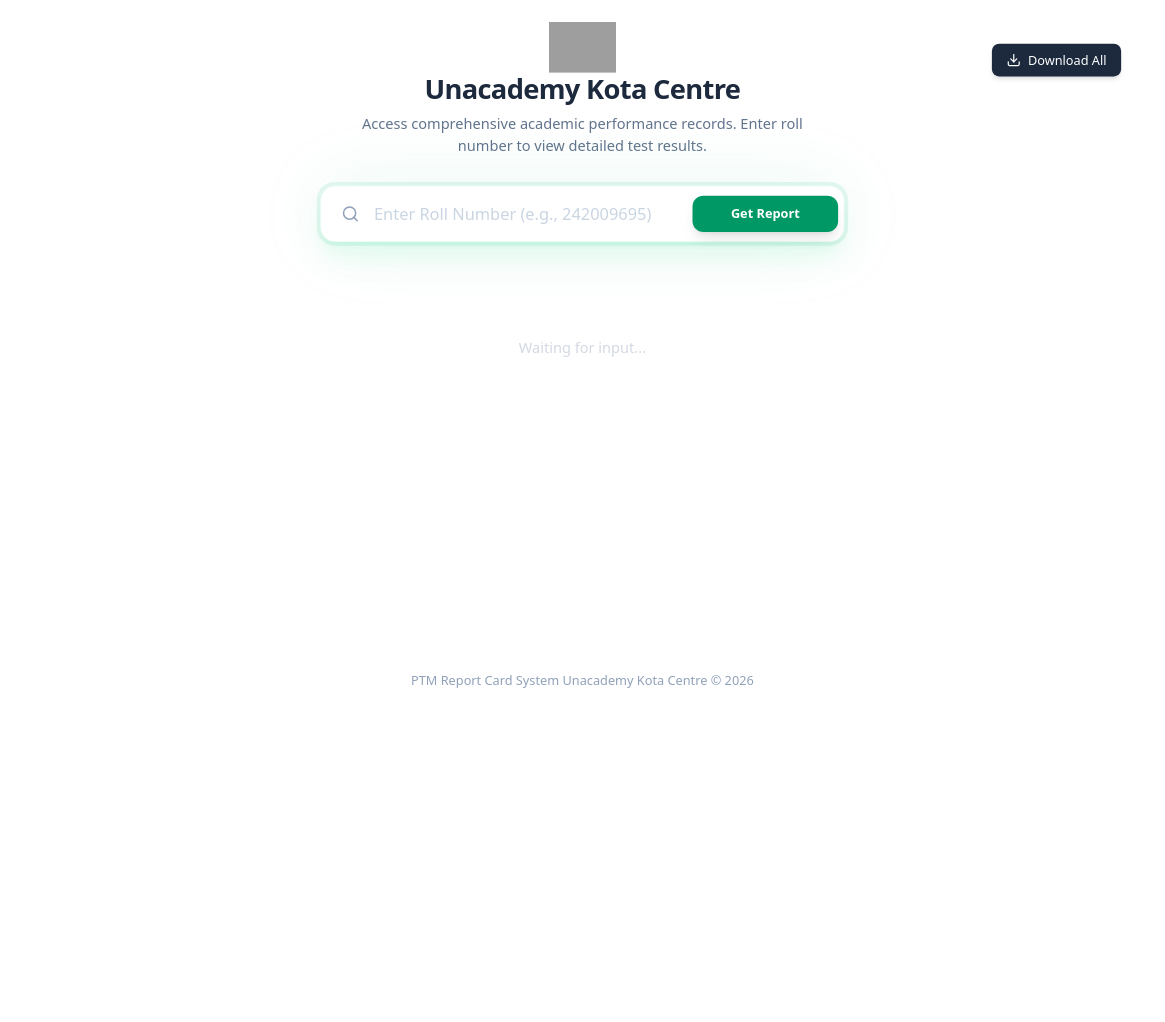
Repository: Abhishekverma657/PTM_report-card
Page: /
These files come from the project's save history. The page is drawn as it stood at one moment and after the next save; the edit follows.
The browser window is 1280 px wide. The pictures show the whole page, at 91% of full size.
Pictures or frames that could not be fetched are drawn as grey boxes. The page's requests for data from a server got no answer. The project was rebuilt for these pictures with package versions that can differ from the ones it lists, and the page was loaded fresh each time. No one was signed in, and anything a server would have sent is missing. Also part of the build but not shown: vite.config.js, src/components/PerformanceChart.jsx, src/components/ReportCard.jsx. Imported but missing from the stored project, and not drawn on this page: src/assets/result.xlsx.

Above is the page before, as saved 2026-01-25 12:36:21.

### index.html
<!doctype html>
<html lang="en">
  <head>
    <meta charset="UTF-8" />
    <link rel="icon" type="image/svg+xml" href="/vite.svg" />
    <meta name="viewport" content="width=device-width, initial-scale=1.0" />
    <title>PTM Report Card</title>
    <meta name="description" content="PTM Report Card Application" />
  </head>
  <body>
    <div id="root"></div>
    <script type="module" src="/src/main.jsx"></script>
  </body>
</html>

### src/App.jsx
import { useState, useEffect } from 'react'
import { Search, Loader2, Download } from 'lucide-react'
import resultXlsx from './assets/result.xlsx?url'
import logo from './assets/logo.png'
import { fetchAndParseResults, transformStudentData } from './utils/excelParser'
import ReportCard from './components/ReportCard'
import JSZip from 'jszip'
import html2canvas from 'html2canvas'
import jsPDF from 'jspdf'
import { saveAs } from 'file-saver'

function App() {
  const [loading, setLoading] = useState(true);
  const [allData, setAllData] = useState([]);
  const [searchRoll, setSearchRoll] = useState('');
  const [studentData, setStudentData] = useState(null);
  const [error, setError] = useState(null);
  const [bulkProgress, setBulkProgress] = useState({ active: false, current: 0, total: 0, status: '' });
  const [bulkStudentData, setBulkStudentData] = useState(null);

  useEffect(() => {
    async function loadData() {
      try {
        const data = await fetchAndParseResults(resultXlsx);
        setAllData(data);
      } catch (e) {
        setError("Failed to load result data.");
        console.error(e);
      } finally {
        setLoading(false);
      }
    }
    loadData();
  }, []);

  const wait = (ms) => new Promise(resolve => setTimeout(resolve, ms));

  const handleBulkDownload = async () => {
    if (loading || !allData.length) return;

    // Get unique roll numbers
    const uniqueRolls = [...new Set(allData.map(r => r['Roll No.']))];

    setBulkProgress({ active: true, current: 0, total: uniqueRolls.length, status: 'Initializing bulk export...' });

    const zip = new JSZip();
    const folder = zip.folder("Student_Reports");

    try {
      for (let i = 0; i < uniqueRolls.length; i++) {
        const roll = uniqueRolls[i];

        // Update status
        setBulkProgress({
          active: true,
          current: i + 1,
          total: uniqueRolls.length,
          status: `Processing Roll: ${roll} (${i + 1}/${uniqueRolls.length})`
        });

        // Prepare Data
        const rows = allData.filter(r => r['Roll No.'] == roll);
        const transformed = transformStudentData(rows);

        if (transformed) {
          setBulkStudentData(transformed);
          // Wait for React to render and Charts to stabilize
          await wait(500);

          const element = document.getElementById('bulk-print-container');
          if (element) {
            const canvas = await html2canvas(element, {
              scale: 2,
              useCORS: true,
              logging: false,
              windowWidth: 794, // A4 width in px at 96dpi (210mm) is approx 794px, but here we set to match mm
            });

            const imgData = canvas.toDataURL('image/jpeg', 0.8);
            const pdf = new jsPDF('p', 'mm', 'a4');
            const pdfWidth = pdf.internal.pageSize.getWidth();
            const pdfHeight = pdf.internal.pageSize.getHeight();
            const imgWidth = canvas.width;
            const imgHeight = canvas.height;
            const ratio = pdfWidth / imgWidth;
            const scaledHeight = imgHeight * ratio;

            let heightLeft = scaledHeight;
            let position = 0;

            pdf.addImage(imgData, 'JPEG', 0, position, pdfWidth, scaledHeight);
            heightLeft -= pdfHeight;

            while (heightLeft > 0) {
              position = heightLeft - scaledHeight;
              pdf.addPage();
              pdf.addImage(imgData, 'JPEG', 0, -1 * (scaledHeight - heightLeft - pdfHeight), pdfWidth, scaledHeight); // logic approx
              // Actually simplest multi-page logic:
              // The loop above is slightly wrong for position flow.
              // simplified: simple addImage on page 1. If content is longer, `html2canvas` produces one long image.
              // Paging a single image cleanly is hard.
              // Given ReportCard is fixed size roughly, let's just do single page if it fits or just shrink to fit?
              // Shrink to fit A4 might make it too small.
              // Let's stick to adding the image. If it's too long, it might get cut off.
              // Better multi-page logic:
              break; // Simplified: just one page for now, mostly fits. Or just let it be.
            }

            const pdfBlob = pdf.output('blob');
            folder.file(`${transformed.profile.name || 'Student'}_${roll}.pdf`, pdfBlob);
          }
        }
      }

      setBulkProgress(prev => ({ ...prev, status: 'Zipping files...' }));
      const content = await zip.generateAsync({ type: "blob" });
      saveAs(content, "Student_Reports.zip");

    } catch (err) {
      console.error(err);
      alert("An error occurred during bulk generation.");
    } finally {
      setBulkProgress({ active: false, current: 0, total: 0, status: '' });
      setBulkStudentData(null);
    }
  };

  const handleSearch = (e) => {
    e.preventDefault();
    if (!searchRoll) return;

    // Filter rows for this roll number
    // Excel parser returns raw json rows. We filter first, then transform.
    // Ensure loose comparison for string/number roll nos
    const studentRows = allData.filter(row => row['Roll No.'] == searchRoll);

    if (studentRows.length > 0) {
      const transformed = transformStudentData(studentRows);
      setStudentData(transformed);
    } else {
      setStudentData(null);
    }
  };

  return (
    <div className="min-h-screen bg-white relative selection:bg-emerald-100 selection:text-emerald-900 font-sans text-slate-900">

      <div className="relative z-10 container mx-auto px-4 py-4 max-w-7xl">
        {/* Header */}
        <header className="flex flex-col items-center justify-center pt-2 pb-6 space-y-2 text-center relative">
          <div className="mb-0">
            <img src={logo} alt="Unacademy Logo" className="h-14 w-auto object-contain" />
          </div>
          <h1 className="text-2xl md:text-3xl font-black tracking-tight text-slate-800">
            Unacademy Kota Centre
          </h1>
          <p className="text-slate-500 max-w-lg mx-auto text-base">
            Access comprehensive academic performance records. Enter roll number to view detailed test results.
          </p>

          {!loading && !error && (
            <div className="absolute top-4 right-4 md:top-8 md:right-8">
              <button
                onClick={handleBulkDownload}
                disabled={bulkProgress.active}
                className="flex items-center gap-2 bg-slate-800 text-white px-4 py-2 rounded-lg text-sm font-medium hover:bg-slate-900 disabled:opacity-50 disabled:cursor-not-allowed transition-all shadow-md"
              >
                {bulkProgress.active ? <Loader2 className="w-4 h-4 animate-spin" /> : <Download className="w-4 h-4" />}
                {bulkProgress.active ? 'Processing...' : 'Download All'}
              </button>
            </div>
          )}
        </header>

        {/* Bulk Progress Overlay */}
        {bulkProgress.active && (
          <div className="fixed inset-0 z-50 bg-black/50 backdrop-blur-sm flex items-center justify-center">
            <div className="bg-white p-8 rounded-2xl shadow-2xl max-w-md w-full text-center space-y-4">
              <Loader2 className="w-12 h-12 text-emerald-500 animate-spin mx-auto" />
              <h3 className="text-xl font-bold text-slate-800">Generating Reports...</h3>
              <p className="text-slate-500 text-sm font-medium">{bulkProgress.status}</p>
              <div className="w-full bg-slate-100 rounded-full h-2.5 overflow-hidden">
                <div
                  className="bg-emerald-500 h-2.5 rounded-full transition-all duration-300"
                  style={{ width: `${(bulkProgress.current / bulkProgress.total) * 100}%` }}
                ></div>
              </div>
              <p className="text-xs text-slate-400">Please do not close this window.</p>
            </div>
          </div>
        )}

        {/* Hidden Container for Bulk Rendering */}
        <div className="absolute top-0 left-[-9999px] pointer-events-none">
          <div id="bulk-print-container" className="printing-simulation">
            {bulkStudentData && <ReportCard data={bulkStudentData} />}
          </div>
        </div>

        {/* Search Area */}
        <div className="max-w-xl mx-auto mb-6 relative group">
          <div className="absolute inset-0 bg-emerald-500/20 blur-2xl rounded-full group-hover:bg-emerald-500/30 transition-all duration-500 opacity-50"></div>
          <form onSubmit={handleSearch} className="relative flex items-center p-1.5 bg-white rounded-2xl shadow-xl shadow-emerald-100/50 border border-emerald-50 focus-within:ring-4 focus-within:ring-emerald-500/10 transition-all">
            <div className="pl-4 text-slate-400">
              <Search className="w-5 h-5" />
            </div>
            <input
              type="text"
              placeholder="Enter Roll Number (e.g., 242009695)"
              className="w-full px-4 py-2.5 text-lg font-medium bg-transparent border-none outline-none placeholder:text-slate-300 text-slate-800"
              value={searchRoll}
              onChange={(e) => setSearchRoll(e.target.value)}
              autoFocus
            />
            <button
              type="submit"
              disabled={loading}
              className="bg-emerald-600 hover:bg-emerald-700 text-white px-10 min-w-[160px] py-2.5 rounded-xl font-semibold transition-all shadow-lg hover:shadow-emerald-500/30 disabled:opacity-50 disabled:cursor-not-allowed text-sm"
            >
              {loading ? <Loader2 className="w-5 h-5 animate-spin" /> : 'Get Report'}
            </button>
          </form>
        </div>

        {/* Results Area */}
        <div className="min-h-[400px]">
          {loading && (
            <div className="flex flex-col items-center justify-center py-20 text-slate-400">
              <Loader2 className="w-10 h-10 animate-spin mb-4 text-emerald-400" />
              <p>Loading database...</p>
            </div>
          )}

          {!loading && !studentData && searchRoll && (
            <div className="flex flex-col items-center justify-center py-20 text-center animate-in fade-in zoom-in duration-300">
              <div className="bg-white p-6 rounded-full shadow-lg mb-6 ring-1 ring-slate-100">
                <Search className="w-12 h-12 text-slate-300" />
              </div>
              <h3 className="text-xl font-bold text-slate-700 mb-2">No Records Found</h3>
              <p className="text-slate-500 max-w-xs mx-auto">
                We couldn't find any student with Roll No <span className="font-mono bg-slate-100 px-2 py-0.5 rounded text-slate-700">{searchRoll}</span>. Please check and try again.
              </p>
            </div>
          )}

          {!loading && !studentData && !searchRoll && (
            <div className="text-center py-20 opacity-40 select-none pointer-events-none">
              <p className="font-medium text-slate-400">Waiting for input...</p>
            </div>
          )}

          {studentData && (
            <ReportCard data={studentData} />
          )}
        </div>
      </div>

      <div className="text-center py-8 text-slate-400 text-sm font-medium">
        PTM Report Card System Unacademy Kota Centre &copy; {new Date().getFullYear()}
      </div>
    </div>
  )
}

export default App

Loaded but not shown: src/main.jsx (common file); src/index.css (common file); src/utils/excelParser.js (317 lines, source omitted)

After the next save:
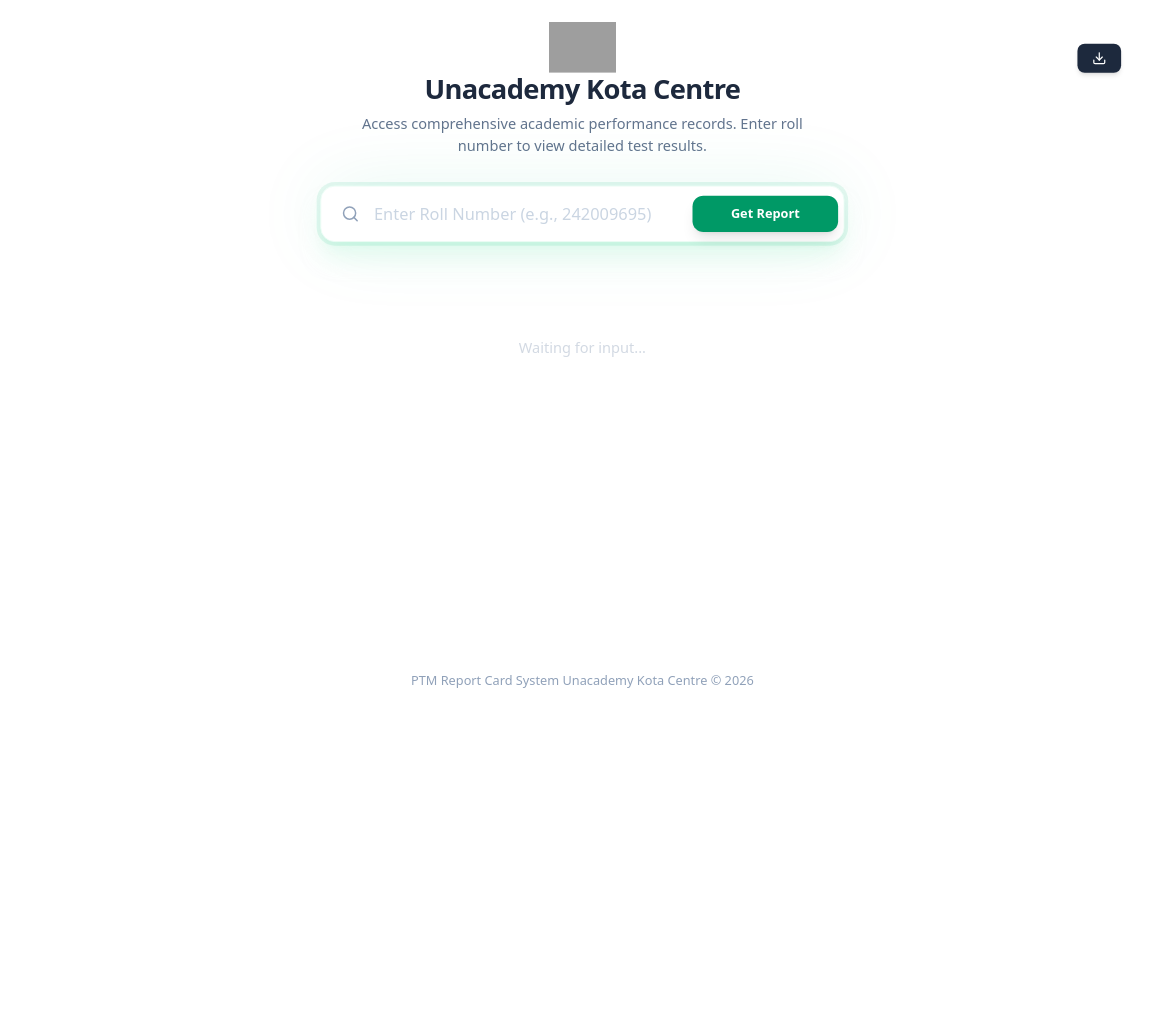
Saved 55 s later.
--- a/src/App.jsx
+++ b/src/App.jsx
@@ -166,7 +166,7 @@
                 className="flex items-center gap-2 bg-slate-800 text-white px-4 py-2 rounded-lg text-sm font-medium hover:bg-slate-900 disabled:opacity-50 disabled:cursor-not-allowed transition-all shadow-md"
               >
                 {bulkProgress.active ? <Loader2 className="w-4 h-4 animate-spin" /> : <Download className="w-4 h-4" />}
-                {bulkProgress.active ? 'Processing...' : 'Download All'}
+                {bulkProgress.active ? 'Processing...' : ''}
               </button>
             </div>
           )}
